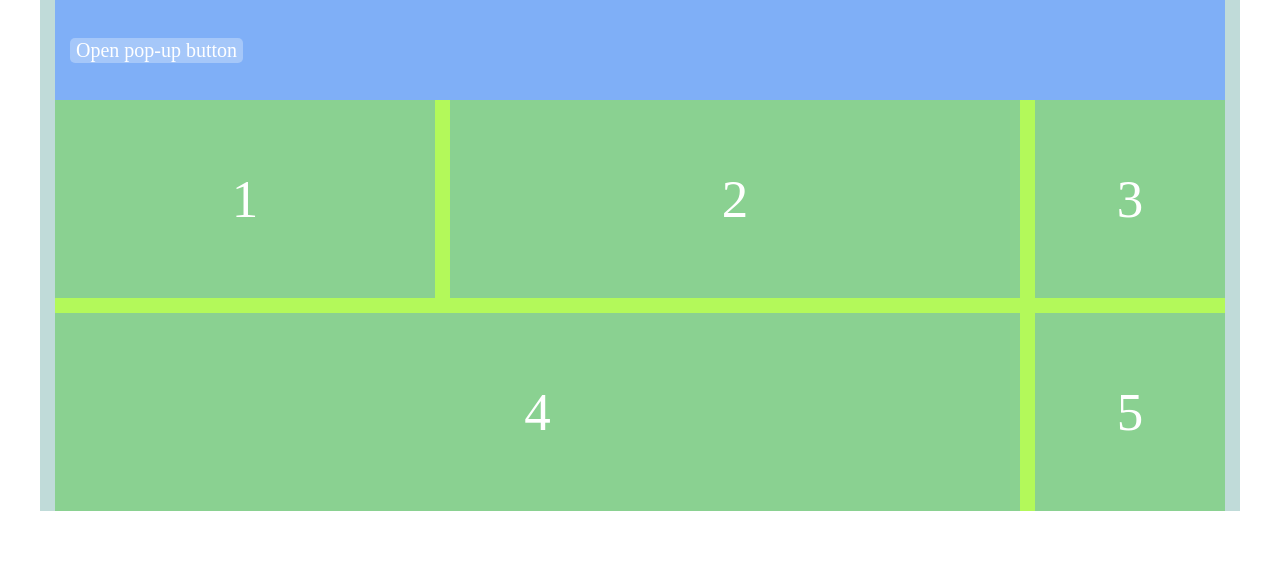
Repository: Evgenius190999999/nodasoft
Page: index.html
An editor plug-in stored every save of this project. The page is shown before and after the next save, followed by the edit.
The browser window is 1280 px wide. The pictures show the whole page.
Some web libraries are served in a nearby version. The style sheet was rebuilt from its Sass, Less or Tailwind sources for each picture, by a compiler version that may differ from the author's.

Above is the page before, as saved 2022-07-08 14:56:31.

### index.html
<!DOCTYPE html>
<html lang="en">

<head>
    <meta charset="UTF-8">
    <meta http-equiv="X-UA-Compatible" content="IE=edge">
    <meta name="viewport" content="width=device-width, initial-scale=1.0">
    <link rel="stylesheet" href="./style/normalize.css">
    <link rel="stylesheet" href="./style/reset.css">
    <link rel="stylesheet" href="./style/style.css">
    <script src="https://kit.fontawesome.com/33ab42410f.js" crossorigin="anonymous"></script>
    <title>Nodasoft</title>
</head>

<body>
    <div class="wrapper">
        <header class="header container">
            <button class="open__popup">Open pop-up button</button>
        </header>
        <div class="parent container">
            <div class="div1">1</div>
            <div class="div2">2</div>
            <div class="div3">3</div>
            <div class="div4">4</div>
            <div class="div5">5</div>
        </div>
    </div>

</body>

</html>

### style/sass/style.sass

*, *::after, *::before
    box-sizing: border-box

.wrapper
    max-width: 1200px
    margin: 0 auto
    background: #C0DBD9

.header
    display: flex
    align-items: center
    justify-content: flex-start
    padding: 0 15px
    background: #7FAFF7
    height: 100px

.container
    max-width: 1170px
    margin: 0 auto

.open__popup
    background: #A5C7F9
    border-radius: 5px
    border: none
    font-size: 20px
    line-height: 23px
    color: #FFFFFF
    cursor: pointer

.parent
    display: grid
    grid-template-columns: 2fr 3fr 1fr
    grid-template-rows: repeat(2, 1fr)
    grid-column-gap: 15px
    grid-row-gap: 15px
    background: #B3F95A
    font-size: 53px
    color: #FFFFFF
    margin: 0px 15px
    div
        height: 198px
        background: #8AD191
        display: flex
        align-items: center
        justify-content: center

.div1
    grid-area: 1 / 1 / 2 / 2
.div2
    grid-area: 1 / 2 / 2 / 3
.div3
    grid-area: 1 / 3 / 2 / 4
.div4
    grid-area: 2 / 1 / 3 / 3
.div5
    grid-area: 2 / 3 / 3 / 4

Loaded but not shown: style/normalize.css (library); style/reset.css (common file)

After the next save:
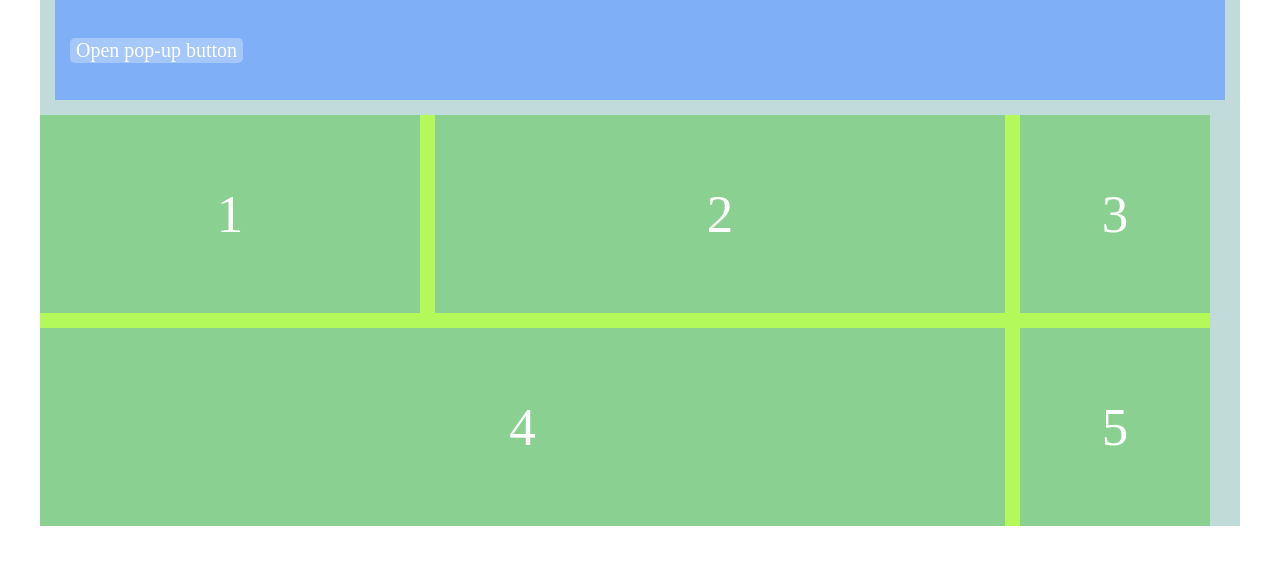
Saved 16 s later.
--- a/style/sass/style.sass
+++ b/style/sass/style.sass
@@ -37,7 +37,7 @@
     background: #B3F95A
     font-size: 53px
     color: #FFFFFF
-    margin: 0px 15px
+    margin: 15px 0px
     div
         height: 198px
         background: #8AD191

After the save that followed:
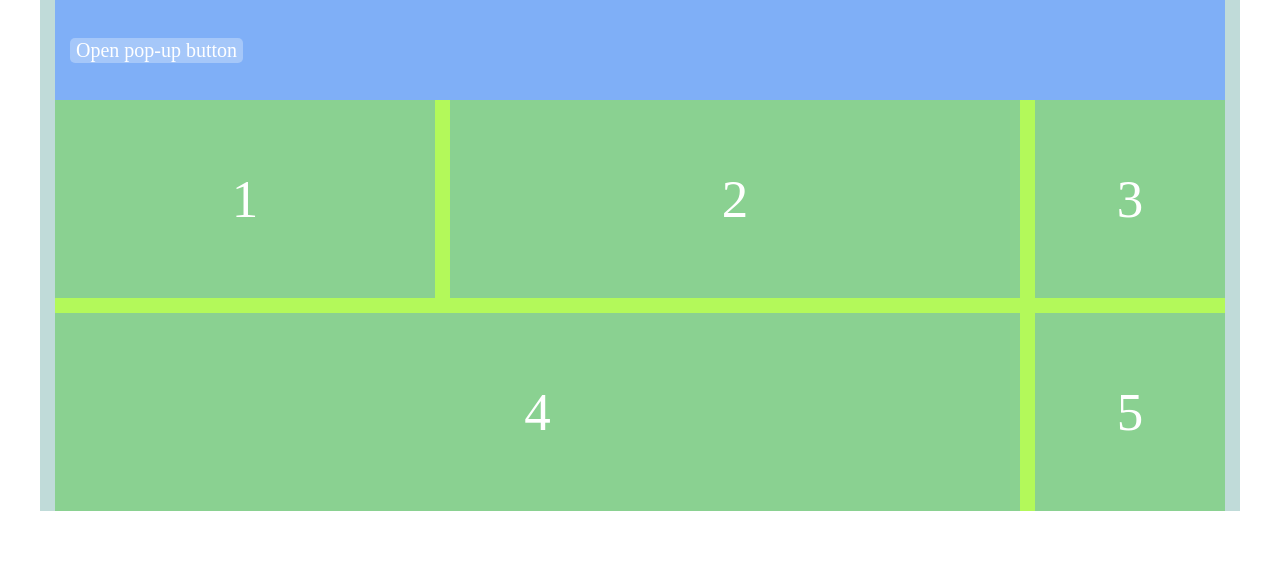
Saved 6 s later.
--- a/style/sass/style.sass
+++ b/style/sass/style.sass
@@ -37,7 +37,6 @@
     background: #B3F95A
     font-size: 53px
     color: #FFFFFF
-    margin: 15px 0px
     div
         height: 198px
         background: #8AD191
